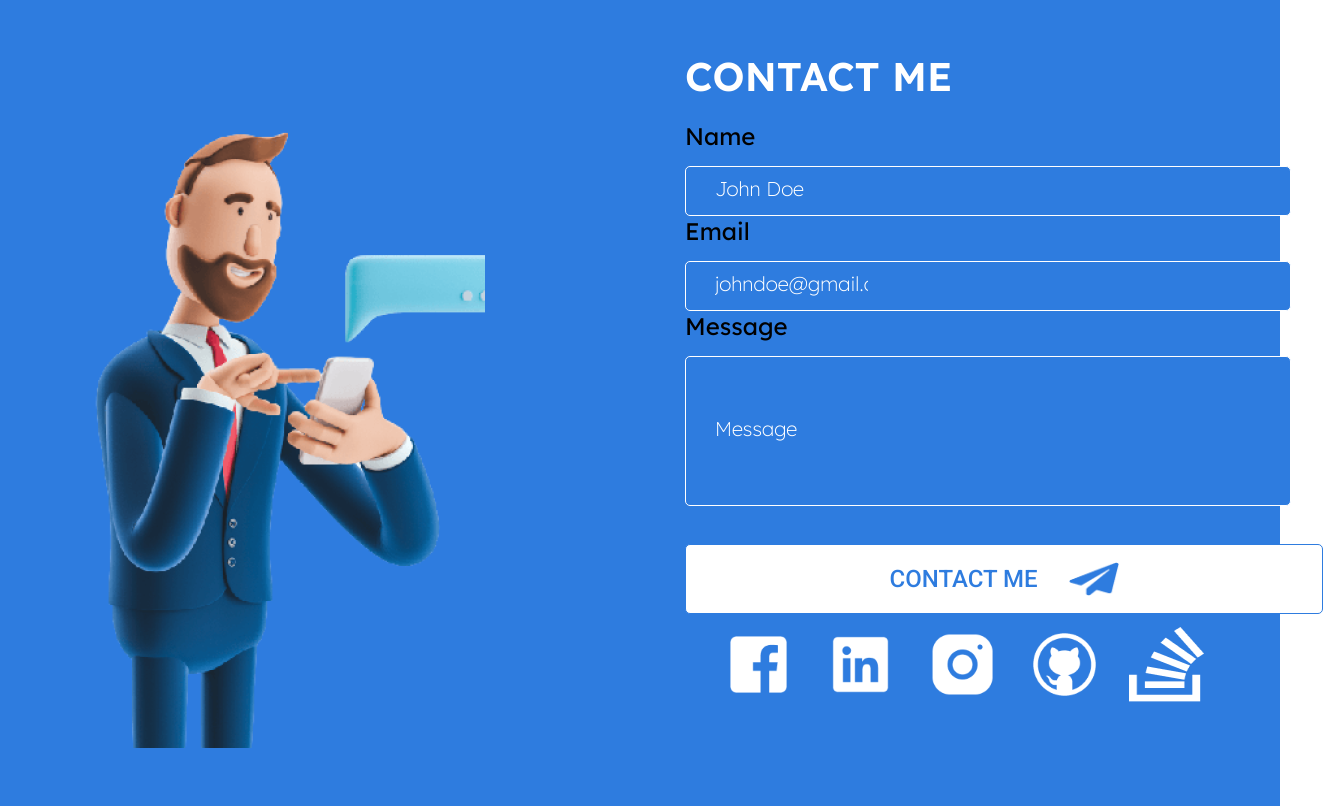
Repository: SabrinaSeydaliyeva/Task10
Page: index.html
The author's editor kept a copy of each file at every save. The page is drawn from the files as they stood at one save, then again after a run of saves.
The browser window is 1280 px wide. The page is 1323 px wide, then 1280 px, then 1323 px, so the pictures cover 1323 px, including what lies to the right of the window. The pictures show the whole page.

Above is the page before, as saved 2023-06-01 16:14:21.

### index.html
<!DOCTYPE html>
<html lang="en">
<head>
    <meta charset="UTF-8">
    <meta http-equiv="X-UA-Compatible" content="IE=edge">
    <meta name="viewport" content="width=device-width, initial-scale=1.0">
    <title>Document</title>
    <link rel="stylesheet" href="index.css">
</head>
<body>

    <div class="container">
        <img src="cta-2-1-92c17b59fa88d0f37a14bacdde164b49-removebg-preview 1.png" alt="">

        <div class="text">
            <h1>Contact me</h1>

            <form action="">

                <label for="">
                    Name
                    <input type="text" name="" id="" placeholder="John Doe">
                </label>

                <label for="">
                    Email
                    <input type="text" name="" id="" placeholder="johndoe@gmail.com">
                </label>

                <label for="">
                    Message
                    <input class="message" type="text" name="" id="" placeholder="Message">
                </label>

                <button>
                    <p>CONTACT ME</p>
                    <img class="tvitter" src="Vector.png" alt="">
                </button>

                <div class="icons">
                    <img src="Facebook.png" alt="">
                    <img src="LinkedIn.png" alt="">
                    <img src="Instagram.png" alt="">
                    <img src="GitHub.png" alt="">
                    <img src="🦆 icon _Stack Overflow_.png" alt="">
                </div>

            </form>
        </div>
    </div>

</body>
</html>

### index.css
@import url('https://fonts.googleapis.com/css2?family=Lexend:wght@600&display=swap');
@import url('https://fonts.googleapis.com/css2?family=Lexend&display=swap');
@import url('https://fonts.googleapis.com/css2?family=Lexend:wght@200&display=swap');
@import url('https://fonts.googleapis.com/css2?family=Roboto:wght@500&display=swap');


* {
    margin: 0;
    padding: 0;
    box-sizing: border-box;
}

.container {
    width: 100%;
    min-height: 100vh;
    background: #2E7CDF;
    padding: 51px 68px 58px 0px;
    display: flex;
}

img {
    width: 50%;
    height: 697px;
}

.text {
    width: 50%;
    margin-left: 200px;
}

h1 {
    margin-bottom: 20px;
    width: 268px;
    height: 50px;
    font-family: 'Lexend';
    font-style: normal;
    font-weight: 600;
    font-size: 40px;
    line-height: 50px;
    text-transform: uppercase;
    color: #FFFFFF;
}

label {
    margin-top: 38px;
    width: 71px;
    height: 30px;
    font-family: 'Lexend';
    font-style: normal;
    font-weight: 400;
    font-size: 24px;
    line-height: 30px;
}

input {
    margin-top: 15px;
    width: 100%;
    height: 50px;
    background: #2E7CDF;
    border: 1px solid #FFFFFF;
    border-radius: 5px;
    padding: 13px 422px 12px 29px;
}

input::placeholder {
    font-family: 'Lexend';
    font-style: normal;
    font-weight: 200;
    font-size: 20px;
    line-height: 25px;
    color: #FFFFFF;
}

.message {
    height: 150px;
}

button {
    margin-top: 38px;
    display: flex;
    justify-content: center;
    align-items: center;
    padding: 15px 40px;
    gap: 30px;
    width: 638px;
    height: 70px;
    background: #FFFFFF;
    border: 1px solid #2E7CDF;
    border-radius: 5px;

}

p {
    width: 149px;
    height: 28px;
    font-family: 'Roboto';
    font-style: normal;
    font-weight: 500;
    font-size: 24px;
    line-height: 28px;
    display: flex;
    align-items: center;
    text-transform: capitalize;
    color: #2E7CDF;
}

.tvitter {
    Width: 50px;
    Height: 34.42px;
}

.icons {
    width: 593px;
    height: 107px;
    padding: 12.5px;
}

.icons img {
    width: 75px;
    height: 75px;
    margin-left: 23px;
}

After the next 2 saves:
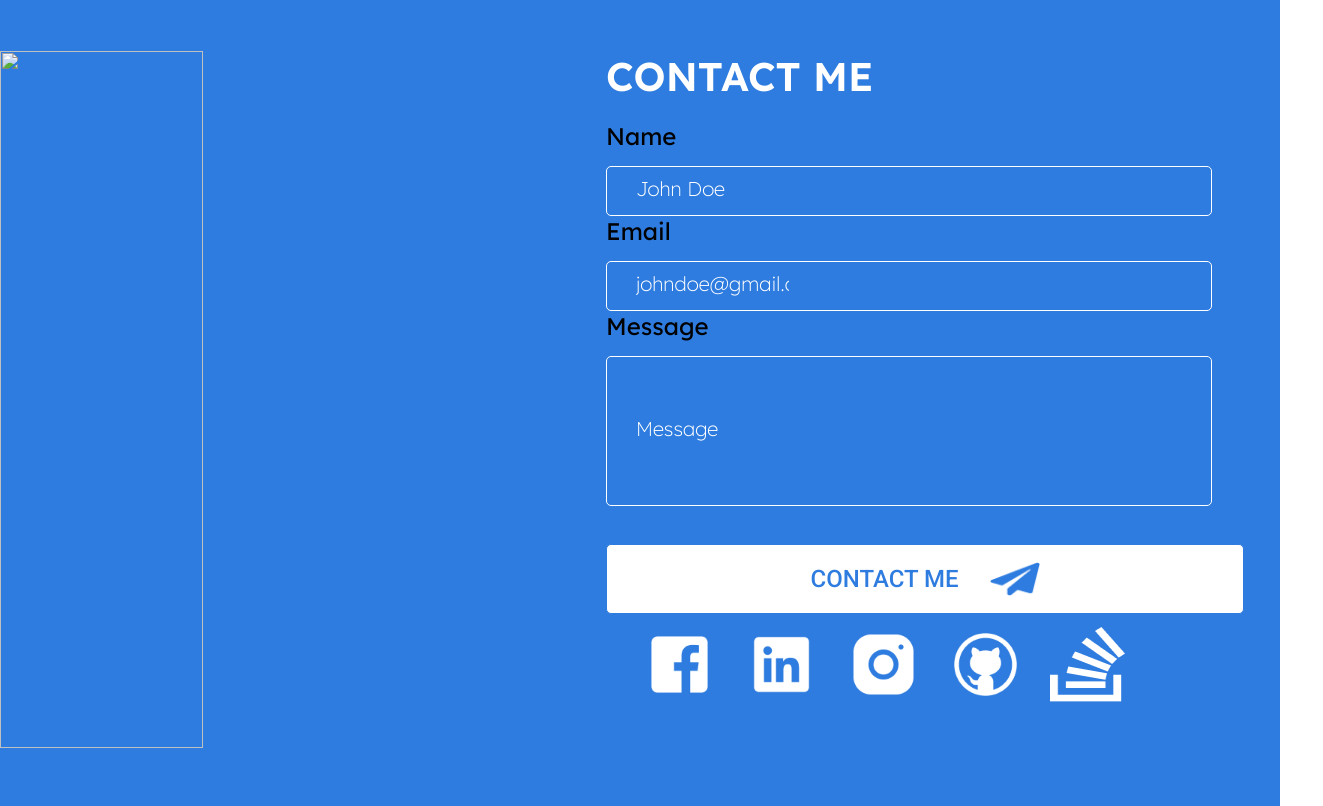
The 2 saves are shown as one change because they came seconds apart.
The last was saved 7 s later.
--- a/index.html
+++ b/index.html
@@ -10,7 +10,7 @@
 <body>
 
     <div class="container">
-        <img src="cta-2-1-92c17b59fa88d0f37a14bacdde164b49-removebg-preview 1.png" alt="">
+        <img src="" alt="">
 
         <div class="text">
             <h1>Contact me</h1>

After the 3 saves that followed:
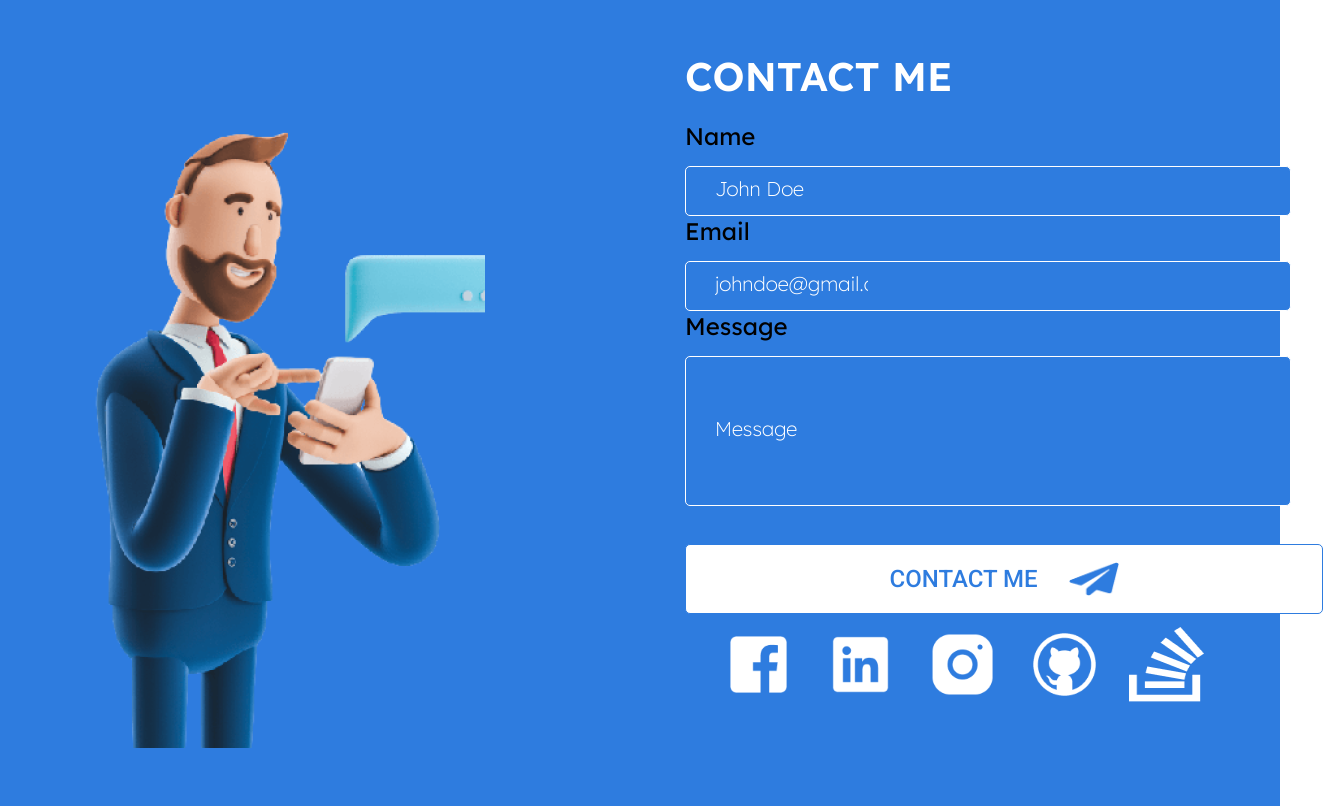
The 3 saves are shown as one change because 1 left the picture as it was and some came seconds apart.
The last was saved 14 s later.
--- a/index.html
+++ b/index.html
@@ -10,7 +10,7 @@
 <body>
 
     <div class="container">
-        <img src="" alt="">
+        <img src="./images/cta-2-1-92c17b59fa88d0f37a14bacdde164b49-removebg-preview 1.png" alt="">
 
         <div class="text">
             <h1>Contact me</h1>
